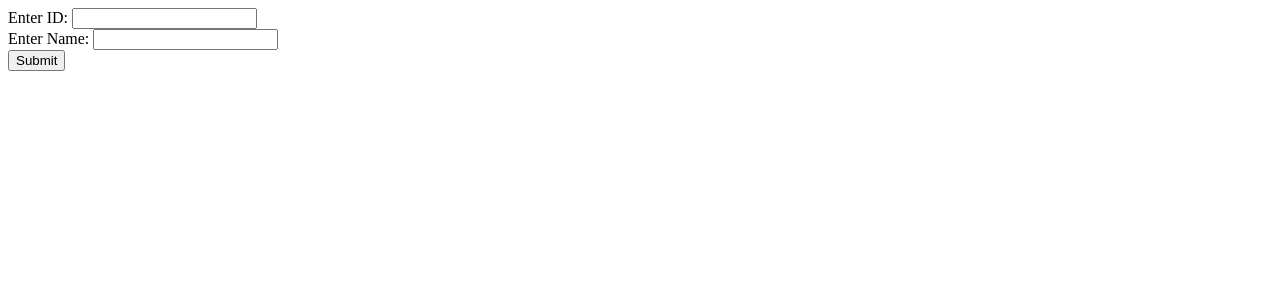
Repository: gobsyats/SpringBootWebJPA
Page: http://localhost/SpringBootJPA/home.jsp
These files come from the project's save history. The page is drawn as it stood at one moment and after the next save; the edit follows.
The browser window is 1280 px wide. The pictures show the whole page.
The page is served by Tomcat 9.

Above is the page before, as saved 2020-02-14 06:31:48.

After the next save:
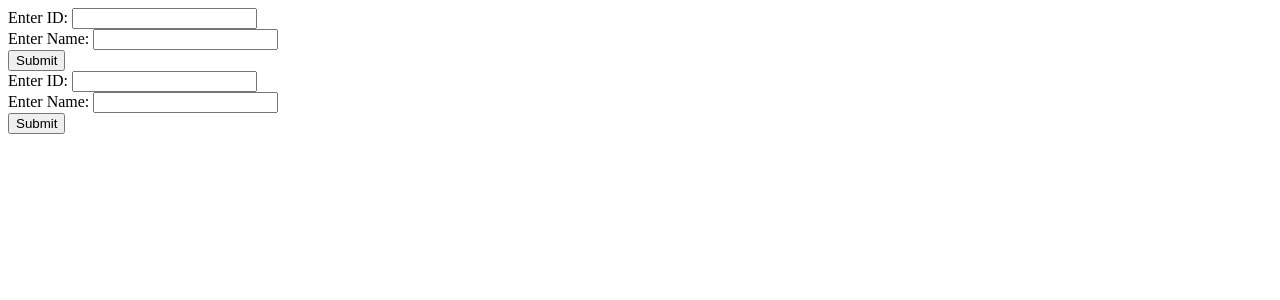
Saved 84 s later.
--- a/SpringBootJPA/src/main/webapp/home.jsp
+++ b/SpringBootJPA/src/main/webapp/home.jsp
@@ -12,5 +12,11 @@
 		Enter Name: <input type = "text" name = "aname"><br>
 		<input type = "submit"><br>
 	</form>
+
+	<form action = "addAlien">
+		Enter ID: <input type = "text" name = "aid"><br>
+		Enter Name: <input type = "text" name = "aname"><br>
+		<input type = "submit"><br>
+	</form>
 </body>
 </html>
